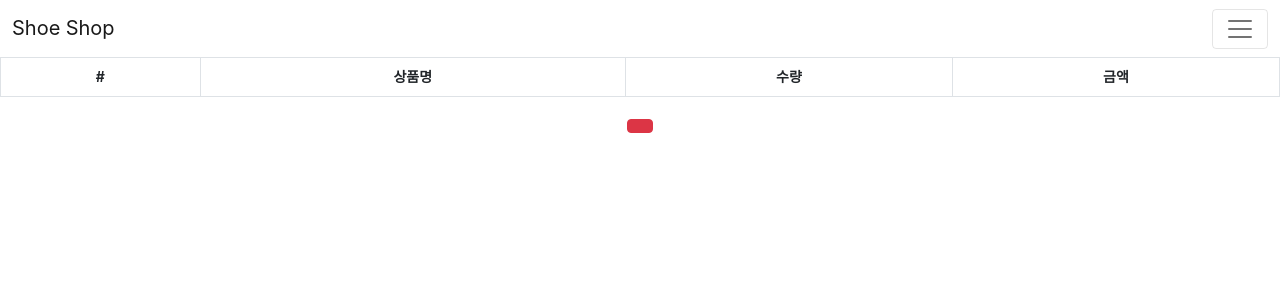
Repository: yangddoddi/shoe-store-pwa
Page: /#/cart
These files come from the project's save history. The page is drawn as it stood at one moment and after the next save; the edit follows.
The browser window is 1280 px wide. The pictures show the whole page.
The project was rebuilt for these pictures with package versions that can differ from the ones it lists, and the page was loaded fresh each time.

Above is the page before, as saved 2022-04-11 11:43:36.

### public/index.html
<!DOCTYPE html>
<html lang="en">

<head>
  <meta charset="utf-8" />
  <link rel="icon" href="%PUBLIC_URL%/favicon.ico" />
  <meta name="viewport" content="width=device-width, initial-scale=1" />
  <meta name="theme-color" content="#000000" />
  <meta name="description" content="Web site created using create-react-app" />
  <link rel="apple-touch-icon" href="%PUBLIC_URL%/logo192.png" />
  <!--
      manifest.json provides metadata used when your web app is installed on a
      user's mobile device or desktop. See https://developers.google.com/web/fundamentals/web-app-manifest/
    -->
  <link rel="manifest" href="%PUBLIC_URL%/manifest.json" />
  <link rel="stylesheet" href="https://cdn.jsdelivr.net/npm/bootstrap@5.1.3/dist/css/bootstrap.min.css"
    integrity="sha384-1BmE4kWBq78iYhFldvKuhfTAU6auU8tT94WrHftjDbrCEXSU1oBoqyl2QvZ6jIW3" crossorigin="anonymous" />
  <!--
      Notice the use of %PUBLIC_URL% in the tags above.
      It will be replaced with the URL of the `public` folder during the build.
      Only files inside the `public` folder can be referenced from the HTML.

      Unlike "/favicon.ico" or "favicon.ico", "%PUBLIC_URL%/favicon.ico" will
      work correctly both with client-side routing and a non-root public URL.
      Learn how to configure a non-root public URL by running `npm run build`.
    -->
  <title>React App</title>
</head>

<body>
  <noscript>You need to enable JavaScript to run this app.</noscript>
  <div id="root"></div>
  <!--
      This HTML file is a template.
      If you open it directly in the browser, you will see an empty page.

      You can add webfonts, meta tags, or analytics to this file.
      The build step will place the bundled scripts into the <body> tag.

      To begin the development, run `npm start` or `yarn start`.
      To create a production bundle, use `npm run build` or `yarn build`.
    -->
</body>

</html>

### src/index.js
import React from "react";
import * as ReactDOM from "react-dom/client";
import "./index.css";
import App from "./App";
import * as serviceWorkerRegistration from "./serviceWorkerRegistration";
import reportWebVitals from "./reportWebVitals";

import { HashRouter } from "react-router-dom";
import { Provider } from "react-redux";
import { combineReducers, createStore } from "redux";

let defaultState = [
  // { id: 0, name: "good shoes", quantity: 1, price: 100 },
  // { id: 1, name: "air Max 97", quantity: 1, price: 200 },
  // { id: 2, name: "NB 993", quantity: 1, price: 250 },
  // { id: 3, name: "bad shoes", quantity: 1, price: 10 },
  // { id: 4, name: "slippers", quantity: 1, price: 90 },
  // { id: 5, name: "baby shoes", quantity: 1, price: 500 },
];

let alertDefault = true;

let store = createStore(combineReducers({ reducer, reducer2 }));

function reducer(state = defaultState, action) {
  let setState = [...state];

  if (action.type === "order") {
    const sameProduct = setState.find((e) => e.id == action.payload.id);
    if (sameProduct) {
      sameProduct.quantity++;
      return setState;
    } else {
      setState.push(action.payload);
      return setState;
    }
  }

  if (action.type === "increase") {
    console.log(action.payload.id);
    const sameProduct = setState.find((e) => e.id == action.payload.id);
    if (sameProduct) {
      sameProduct.quantity++;
      return setState;
    }
  } else if (action.type === "decrease") {
    const sameProduct = setState.find((e) => e.id == action.payload.id);
    if (sameProduct && sameProduct.quantity > 0) {
      sameProduct.quantity--;
      return setState;
    }
  }
  {
    return state;
  }
}

function reducer2(state = alertDefault, action) {
  let setState = state;
  if (action.type === "exitAlert") {
    setState = false;
    return setState;
  } else return setState;
}

const root = ReactDOM.createRoot(document.getElementById("root"));
root.render(
  <HashRouter>
    <Provider store={store}>
      <App />
    </Provider>
  </HashRouter>
);

// If you want your app to work offline and load faster, you can change
// unregister() to register() below. Note this comes with some pitfalls.
// Learn more about service workers: https://cra.link/PWA
serviceWorkerRegistration.register();

// If you want to start measuring performance in your app, pass a function
// to log results (for example: reportWebVitals(console.log))
// or send to an analytics endpoint. Learn more: https://bit.ly/CRA-vitals
reportWebVitals();

### src/App.js
import React, { useState, useContext, lazy, Suspense } from "react";
import "./App.css";
import { Link, Route, Switch, useHistory } from "react-router-dom";
import axios from "axios";

import {
  Navbar,
  Container,
  Offcanvas,
  Nav,
  Form,
  Button,
  NavDropdown,
  FormControl,
} from "react-bootstrap";
import CartPage from "./Cart.js";
import productData from "./data.js";
// import DetailPageItem from "./detailPageItems.js";
let Detail = lazy(() => import("./detailPageItems.js"));

let stockContext = React.createContext();

let recentlyViewedProduct = localStorage.getItem("data");
let recentlyViewedArr = JSON.parse(recentlyViewedProduct);

function App() {
  let history = useHistory();

  let [product, setProduct] = useState(productData);
  let [loading, setLoading] = useState(false);
  let [stock, setStock] = useState([3, 7, 2]);

  function loadItems() {
    setLoading(true);
    axios
      .get("https://codingapple1.github.io/shop/data2.json")
      .then((json) => {
        setProduct([...product, ...json.data]);
        setLoading(false);
      })
      .catch(() => {
        alert("서버 요청에 실패했습니다.");
      });
  }

  return (
    <div className="App">
      <NewNavbar />
      {recentlyViewedArr ? <Sidebar history={history} /> : null}
      <Switch>
        <Route exact path="/">
          <Jumbotron />
          <stockContext.Provider value={stock}>
            <ShopItemList product={product} history={history} />
          </stockContext.Provider>
          {loading ? <LoadingSpinner /> : null}
          <button className="btn btn-primary m-5" onClick={loadItems}>
            더보기
          </button>
        </Route>
        <Route path="/detail/:id">
          <Suspense fallback={<div>로딩중</div>}>
            <Detail product={product} stock={stock} setStock={setStock} />
          </Suspense>
        </Route>
        <Route path="/cart">
          <CartPage product={product} />
        </Route>
      </Switch>
    </div>
  );
}

function NewNavbar() {
  return (
    <Navbar bg="white" expand={false}>
      <Container fluid>
        <Navbar.Brand href="#">Shoe Shop</Navbar.Brand>
        <Navbar.Toggle aria-controls="offcanvasNavbar" />
        <Navbar.Offcanvas
          id="offcanvasNavbar"
          aria-labelledby="offcanvasNavbarLabel"
          placement="end"
        >
          <Offcanvas.Header closeButton>
            <Offcanvas.Title id="offcanvasNavbarLabel">
              Shoe Shop
            </Offcanvas.Title>
          </Offcanvas.Header>
          <Offcanvas.Body>
            <Nav className="justify-content-end flex-grow-1 pe-3">
              <Nav.Link as={Link} className="link" to="/">
                Home
              </Nav.Link>
              <Nav.Link as={Link} className="link" to="../cart">
                Cart
              </Nav.Link>
            </Nav>
          </Offcanvas.Body>
        </Navbar.Offcanvas>
      </Container>
    </Navbar>
  );
}

function Jumbotron() {
  return (
    <div className="jumbotron">
      <h1 className="display-4">premium shoe market!</h1>
      <p className="lead">All the shoes you want are on our page</p>
      <hr className="my-4" />
      <p>
        Reasonable price <br />
        The highest quality
      </p>
      <p className="lead">
        <a className="btn btn-primary btn-lg" href="#" role="button">
          Buy now
        </a>
      </p>
    </div>
  );
}

function ShopItemList(props) {
  return (
    <div className="container">
      <div className="row shopItemList">
        {props.product.map((e, i) => {
          return (
            <ShopItems
              product={e}
              index={i}
              key={e.id}
              history={props.history}
            />
          );
        })}
      </div>
    </div>
  );
}

function ShopItems(props) {
  let stock = useContext(stockContext);

  return (
    <div
      className="col-md-4 shopItem"
      onClick={() => {
        props.history.push(`/detail/${props.product.id}`);
      }}
    >
      <img
        src={`https://codingapple1.github.io/shop/shoes${
          props.product.id + 1
        }.jpg`}
      />
      <h5>{props.product.title}</h5>
      <p>{props.product.content}</p>
      <p>{props.product.price}</p>
      <p>stock : {stock[props.product.id]}</p>
    </div>
  );
}

function LoadingSpinner() {
  return (
    <div className="spinner-border text-primary loading" role="status">
      <span class="sr-only">Loading...</span>
    </div>
  );
}

function Sidebar(props) {
  return (
    <aside className="sidebar">
      <p>최근 본 상품</p>
      {recentlyViewedArr.map((num) => {
        return (
          <img
            src={`https://codingapple1.github.io/shop/shoes${num + 1}.jpg`}
            onClick={() => {
              props.history.push(`/detail/${num}`);
            }}
          />
        );
      })}
    </aside>
  );
}

export default App;

### src/serviceWorkerRegistration.js
// This optional code is used to register a service worker.
// register() is not called by default.

// This lets the app load faster on subsequent visits in production, and gives
// it offline capabilities. However, it also means that developers (and users)
// will only see deployed updates on subsequent visits to a page, after all the
// existing tabs open on the page have been closed, since previously cached
// resources are updated in the background.

// To learn more about the benefits of this model and instructions on how to
// opt-in, read https://cra.link/PWA

const isLocalhost = Boolean(
  window.location.hostname === 'localhost' ||
    // [::1] is the IPv6 localhost address.
    window.location.hostname === '[::1]' ||
    // 127.0.0.0/8 are considered localhost for IPv4.
    window.location.hostname.match(/^127(?:\.(?:25[0-5]|2[0-4][0-9]|[01]?[0-9][0-9]?)){3}$/)
);

export function register(config) {
  if (process.env.NODE_ENV === 'production' && 'serviceWorker' in navigator) {
    // The URL constructor is available in all browsers that support SW.
    const publicUrl = new URL(process.env.PUBLIC_URL, window.location.href);
    if (publicUrl.origin !== window.location.origin) {
      // Our service worker won't work if PUBLIC_URL is on a different origin
      // from what our page is served on. This might happen if a CDN is used to
      // serve assets; see https://github.com/facebook/create-react-app/issues/2374
      return;
    }

    window.addEventListener('load', () => {
      const swUrl = `${process.env.PUBLIC_URL}/service-worker.js`;

      if (isLocalhost) {
        // This is running on localhost. Let's check if a service worker still exists or not.
        checkValidServiceWorker(swUrl, config);

        // Add some additional logging to localhost, pointing developers to the
        // service worker/PWA documentation.
        navigator.serviceWorker.ready.then(() => {
          console.log(
            'This web app is being served cache-first by a service ' +
              'worker. To learn more, visit https://cra.link/PWA'
          );
        });
      } else {
        // Is not localhost. Just register service worker
        registerValidSW(swUrl, config);
      }
    });
  }
}

function registerValidSW(swUrl, config) {
  navigator.serviceWorker
    .register(swUrl)
    .then((registration) => {
      registration.onupdatefound = () => {
        const installingWorker = registration.installing;
        if (installingWorker == null) {
          return;
        }
        installingWorker.onstatechange = () => {
          if (installingWorker.state === 'installed') {
            if (navigator.serviceWorker.controller) {
              // At this point, the updated precached content has been fetched,
              // but the previous service worker will still serve the older
              // content until all client tabs are closed.
              console.log(
                'New content is available and will be used when all ' +
                  'tabs for this page are closed. See https://cra.link/PWA.'
              );

              // Execute callback
              if (config && config.onUpdate) {
                config.onUpdate(registration);
              }
            } else {
              // At this point, everything has been precached.
              // It's the perfect time to display a
              // "Content is cached for offline use." message.
              console.log('Content is cached for offline use.');

              // Execute callback
              if (config && config.onSuccess) {
                config.onSuccess(registration);
              }
            }
          }
        };
      };
    })
    .catch((error) => {
      console.error('Error during service worker registration:', error);
    });
}

function checkValidServiceWorker(swUrl, config) {
  // Check if the service worker can be found. If it can't reload the page.
  fetch(swUrl, {
    headers: { 'Service-Worker': 'script' },
  })
    .then((response) => {
      // Ensure service worker exists, and that we really are getting a JS file.
      const contentType = response.headers.get('content-type');
      if (
        response.status === 404 ||
        (contentType != null && contentType.indexOf('javascript') === -1)
      ) {
        // No service worker found. Probably a different app. Reload the page.
        navigator.serviceWorker.ready.then((registration) => {
          registration.unregister().then(() => {
            window.location.reload();
          });
        });
      } else {
        // Service worker found. Proceed as normal.
        registerValidSW(swUrl, config);
      }
    })
    .catch(() => {
      console.log('No internet connection found. App is running in offline mode.');
    });
}

export function unregister() {
  if ('serviceWorker' in navigator) {
    navigator.serviceWorker.ready
      .then((registration) => {
        registration.unregister();
      })
      .catch((error) => {
        console.error(error.message);
      });
  }
}

### src/App.css
@import "~antd/dist/antd.css";

.App {
  text-align: center;
}

.App-logo {
  height: 40vmin;
  pointer-events: none;
}

.sidebar {
  background-color: white;
  position: fixed;
  right: 0px;
  top: 100px;
  display: flex;
  flex-direction: column;
  width: 100px;
  opacity: 90%;
  border-radius: 10px;
  border: whitesmoke 1px solid;
}

.sidebar p {
  background-color: whitesmoke;
  color: black;
  padding: 10px 0px;
  border-radius: 10px;
  margin-bottom: 0px;
}

.sidebar img {
  padding-bottom: 10px;
  cursor: pointer;
  border: whitesmoke 1px solid;
}

.jumbotron {
  padding: 80px 0px;
  background-image: url(../src/shoes.jpg);
  background-size: cover;
  background-position: center;
  background-color: beige;
  color: white;
}

.jumbotron h1 {
  color: white;
}

.shopItem {
  margin-top: 50px;
}

.shopItem p {
  margin-bottom: 0px;
  color: rgba(0, 0, 0, 0.5);
}

.shopItemList img {
  width: 100%;
}

.loading {
  display: block;
  margin: 100px auto 50px auto;
}

.link {
  text-decoration: none;
}

.shopItemList {
  cursor: pointer;
}

@media (prefers-reduced-motion: no-preference) {
  .App-logo {
    animation: App-logo-spin infinite 20s linear;
  }
}

.App-header {
  background-color: #282c34;
  min-height: 100vh;
  display: flex;
  flex-direction: column;
  align-items: center;
  justify-content: center;
  font-size: calc(10px + 2vmin);
  color: white;
}

.App-link {
  color: #61dafb;
}

@keyframes App-logo-spin {
  from {
    transform: rotate(0deg);
  }
  to {
    transform: rotate(360deg);
  }
}

### src/Cart.js
import React, { useEffect } from "react";
import { Table } from "react-bootstrap";
import { useDispatch, useSelector } from "react-redux";
import { Button } from "react-bootstrap";

function Cart() {
  let state = useSelector((state) => state);
  let dispatch = useDispatch();

  return (
    <CartTable
      product={state.reducer}
      setAlert={state.reducer2}
      dispatch={dispatch}
    />
  );
}

function CartTable(props) {
  return (
    <>
      <Table striped bordered hover>
        <thead>
          <tr>
            <th>#</th>
            <th>상품명</th>
            <th>수량</th>
            <th>금액</th>
          </tr>
        </thead>
        <tbody>
          {props.product.map((e, i) => {
            return (
              <tr>
                <td>{e.id}</td>
                <td>{e.name}</td>
                <td>{e.quantity}</td>
                <td>{e.price * e.quantity}$</td>
                <td>
                  <button
                    onClick={() => {
                      props.dispatch({
                        type: "increase",
                        payload: { id: e.id },
                      });
                    }}
                  >
                    +
                  </button>
                  <button
                    onClick={() => {
                      props.dispatch({
                        type: "decrease",
                        payload: { id: e.id },
                      });
                    }}
                  >
                    -
                  </button>
                </td>
              </tr>
            );
          })}
        </tbody>
      </Table>
      <button className="btn btn-danger"></button>
    </>
  );
}

export default Cart;

### src/data.js
export default [
  {
    id: 0,
    title: "White and Black",
    content: "Born in France",
    price: 120000,
  },

  {
    id: 1,
    title: "Red Knit",
    content: "Born in Seoul",
    price: 110000,
  },

  {
    id: 2,

    title: "Grey Yordan",
    content: "Born in the States",
    price: 130000,
  },
];

Loaded but not shown: src/index.css (common file); src/reportWebVitals.js (common file)

After the next save:
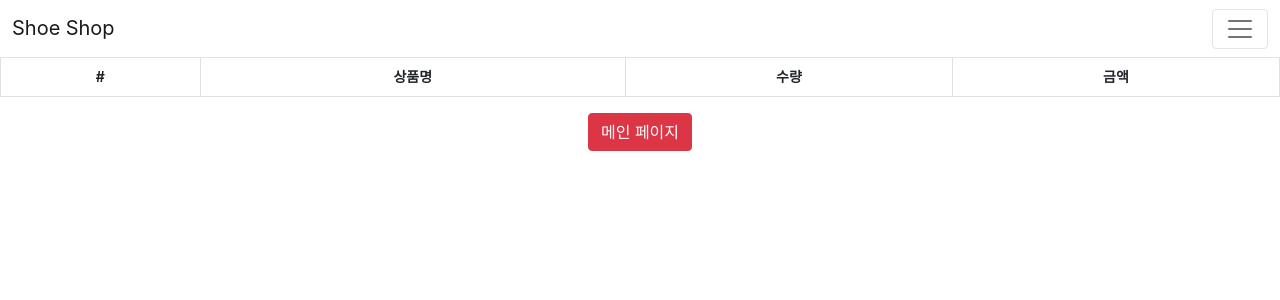
Saved 7 s later.
--- a/src/Cart.js
+++ b/src/Cart.js
@@ -63,7 +63,7 @@ function CartTable(props) {
           })}
         </tbody>
       </Table>
-      <button className="btn btn-danger"></button>
+      <button className="btn btn-danger">메인 페이지</button>
     </>
   );
 }
